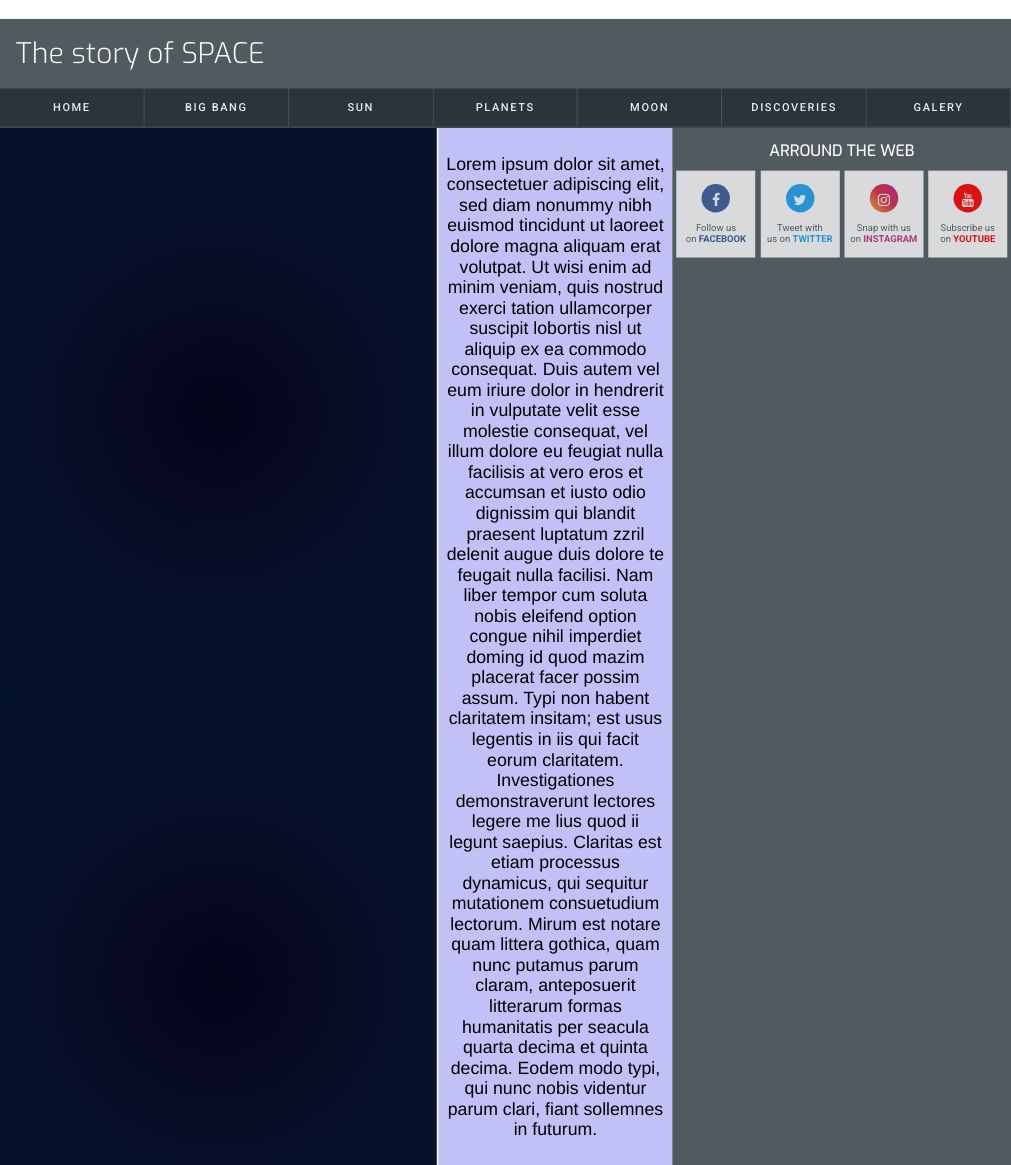
Repository: OlaQla/First-Milestones-Project
Page: index.html
The author's editor kept a record of every edit. The page is drawn from the files as they stood at one moment, then again after the next edit.
The browser window is 1280 px wide. The pictures show the whole page, at 79% of full size.
Backgrounds fixed to the window are drawn as part of the page. Some web libraries are served in a nearby version.

Above is the page before.

After the next edit:
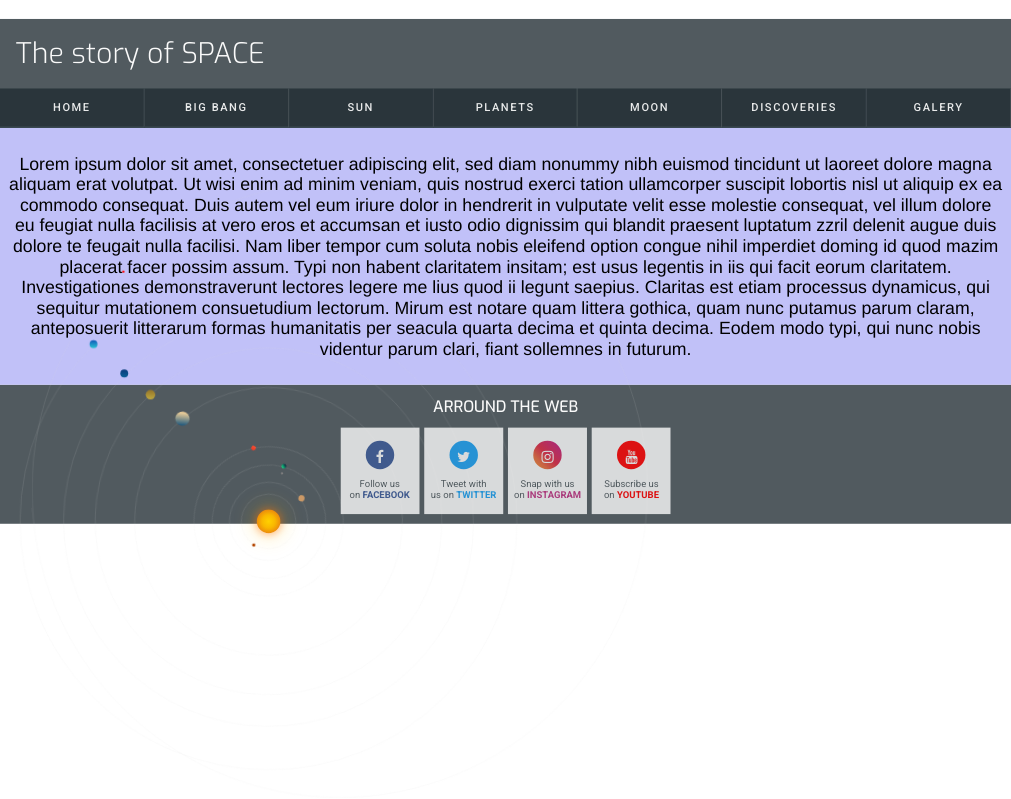
The edit:
--- a/index.html
+++ b/index.html
@@ -55,8 +55,59 @@
 
     <section class="container">
       <div class="column-main">
+          <div class="solar">
+
+    <div class="sun"></div>
+
+    <div class="mercury-orbit">
+      <div class="mercury"></div>
+    </div>
+
+    <div class="venus-orbit">
+      <div class="venus"></div>
+    </div>
+
+    <div class="earth-orbit">
+      <div class="earth"></div>
+
+      <div class="moon-orbit">
+        <div class="moon"></div>
+      </div>
+    </div>
+
+    <div class="mars-orbit">
+      <div class="mars"></div>
+    </div>
+
+    <div class="jupiter-orbit">
+      <div class="jupiter"></div>
+    </div>
+
+    <div class="saturn-orbit">
+      <div class="saturn"></div>
+    </div>
+
+    <div class="uranus-orbit">
+      <div class="uranus"></div>
+    </div>
+
+    <div class="neptune-orbit">
+      <div class="neptune"></div>
+    </div>
+
+    <div class="pluto-orbit">
+      <div class="pluto"></div>
+    </div>
+
+    <div class="asteroids-orbit">
+      <div class="asteroids"></div>
+      </div>
+
+
+  </div>
 
       </div>
+      <div class="wrap">
       <div class="column-sidebar">
           <p>Lorem ipsum dolor sit amet, consectetuer adipiscing elit,
           sed diam nonummy nibh euismod tincidunt ut laoreet dolore
@@ -79,7 +130,7 @@
           modo typi, qui nunc nobis videntur parum clari, fiant sollemnes
           in futurum.</p>
       </div>
-
+</section>
 
     <footer>
         <div class="conteiner-footer clearfix">
